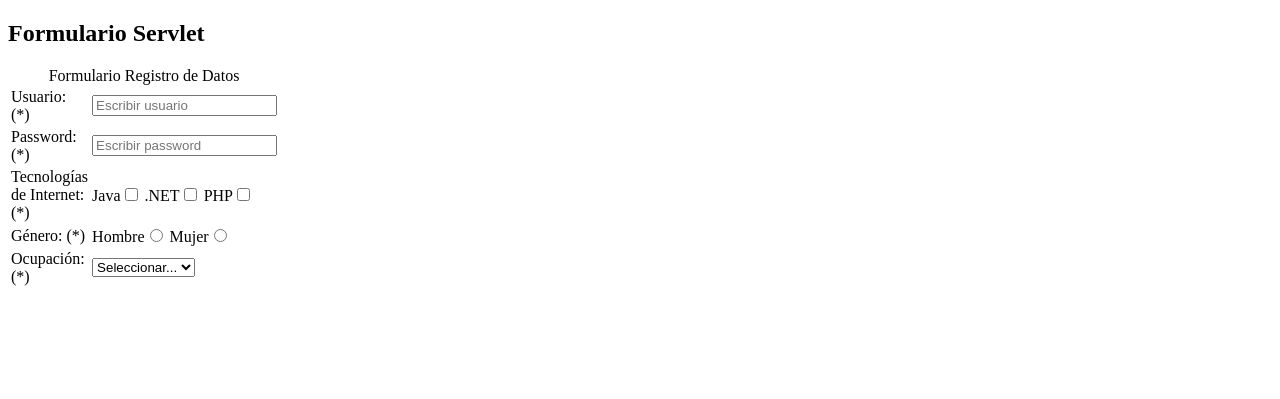
Repository: SRubiRosales/JavaBasico
Page: http://localhost/ManejoFormulariosHTML/
The author's editor kept a copy of each file at every save. The page is drawn from the files as they stood at one save, then again after the next save.
The browser window is 1280 px wide. The pictures show the whole page.
The page is served by Tomcat 9.

Above is the page before, as saved 2022-04-25 22:25:24.

After the next save:
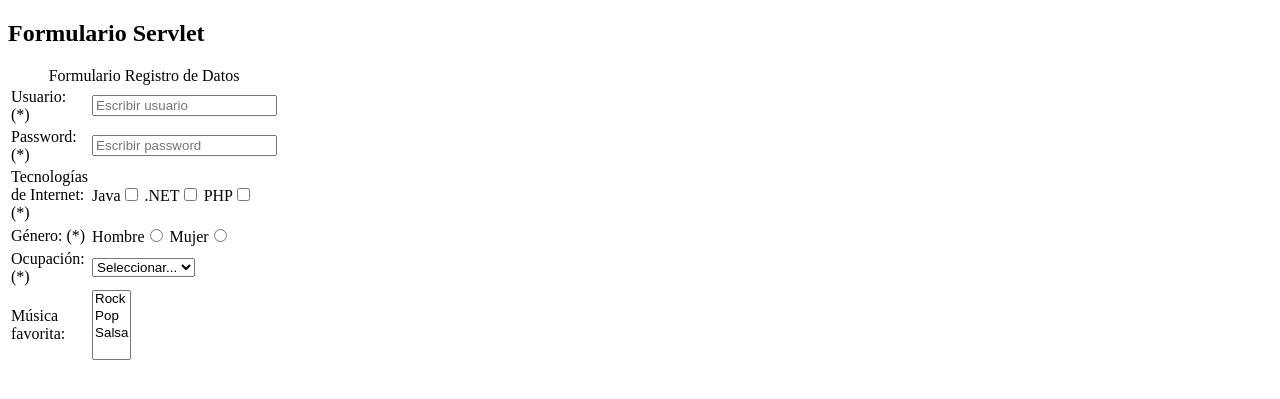
Saved 95 s later.
--- a/ManejoFormulariosHTML/src/main/webapp/index.jsp
+++ b/ManejoFormulariosHTML/src/main/webapp/index.jsp
@@ -51,6 +51,16 @@
 						</select>
 					</td>
 				</tr>
+				<tr>
+					<td class="columna">Música favorita:</td>
+					<td>
+						<select name="musica" multiple class="default">
+							<option value="rock">Rock</option>
+							<option value="pop">Pop</option>
+							<option value="salsa">Salsa</option>
+						</select>
+					</td>
+				</tr>
 			</table>
 		</form>
 	</body>
